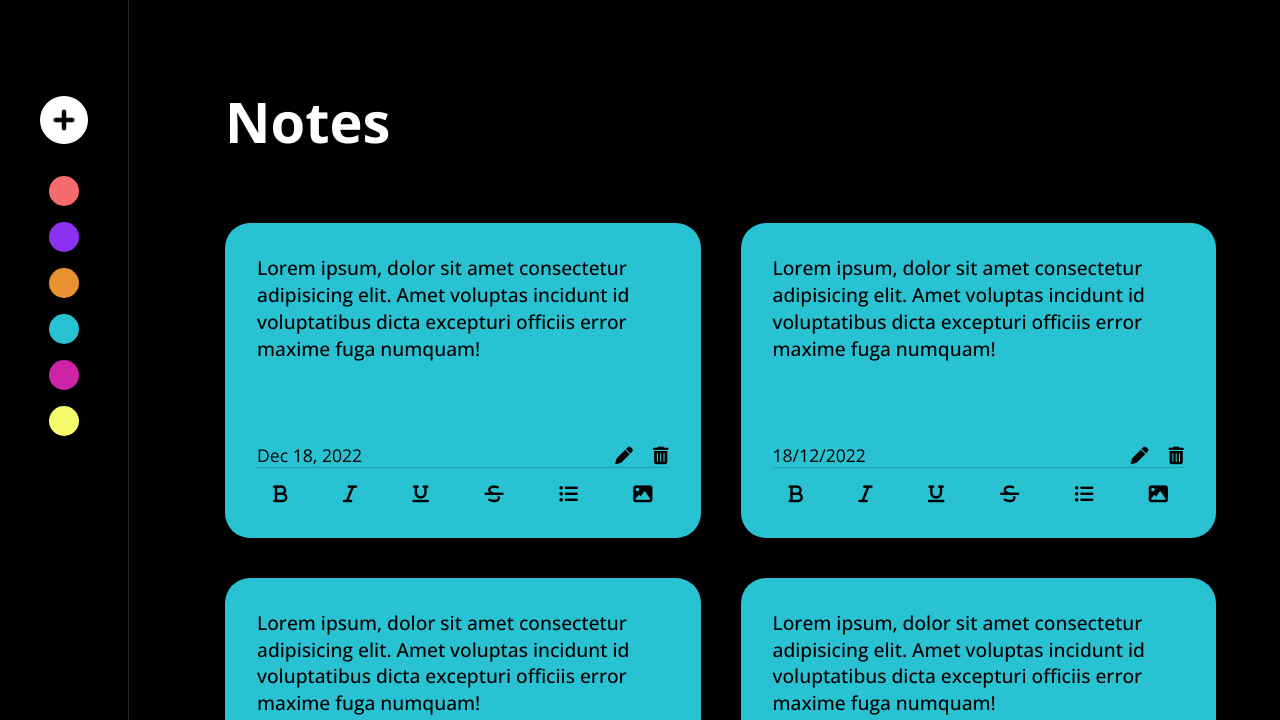
Repository: emiliaiwu/notes_app
Page: index.html
These files come from the project's save history. The page is drawn as it stood at one moment and after a run of saves; the edit follows.
The browser window is 1280 px wide. The pictures show the whole page.
An inner scrolling area shows only its first screen. Some web libraries are served in a nearby version.

Above is the page before, as saved 2022-12-19 23:38:28.

### index.html
<!DOCTYPE html>
<html lang="en">
<head>
    <meta charset="UTF-8">
    <meta http-equiv="X-UA-Compatible" content="IE=edge">
    <meta name="viewport" content="width=device-width, initial-scale=1.0">
    <script src="https://kit.fontawesome.com/fd9c36575f.js" crossorigin="anonymous"></script>
    <link rel="stylesheet" href="style.css">
    <title>Notes App</title>
</head>
<body>
    <div class="container">
        <div class="add">
            <div class="add_card"><i class="fa-solid fa-circle-plus"></i></div>
            <ul class="card_colors">
                <li class="card_color c1"></li>
                <li class="card_color c2"></li>
                <li class="card_color c3"></li>
                <li class="card_color c4"></li>
                <li class="card_color c5"></li>
                <li class="card_color c6"></li>
            </ul>
        </div>
        <div class="cards_container">
            <h1>Notes</h1>
            <div class="cards">

                <div class="card">
                    <p class="text">
                        Lorem ipsum, dolor sit amet consectetur adipisicing elit. Amet voluptas incidunt id voluptatibus dicta excepturi officiis error maxime fuga numquam!
                    </p>
                    <span class="footer close">
                        <small class="date">Dec 18, 2022</small>
                        <span>
                           <small class="edit"><i class="fa-solid fa-pen"></i></small>
                           <small class="delete"><i class="fa-solid fa-trash-can"></i></small>
                        </span>
                    </span>
                    <span class="footer open">
                        <ul class="edit_settings">
                            <li class="bold"><i class="fa-solid fa-bold"></i></li>
                            <li class="italic"><i class="fa-solid fa-italic"></i></li>
                            <li class="underline"><i class="fa-solid fa-underline"></i></li>
                            <li class="strikethrough"><i class="fa-solid fa-strikethrough"></i></li>
                            <li class="toggleBtn"><i class="fa-solid fa-list-ul"></i></li>
                            <li class="add_image"><i class="fa-solid fa-image"></i></li>
                        </ul>
                    </span>
                </div>

                <div class="card">
                    <span class="text">
                        Lorem ipsum, dolor sit amet consectetur adipisicing elit. Amet voluptas incidunt id voluptatibus dicta excepturi officiis error maxime fuga numquam!
                    </span>
                    <span class="footer close">
                        <small class="date">18/12/2022</small>
                        <span>
                           <small class="edit"><i class="fa-solid fa-pen"></i></small>
                           <small class="delete"><i class="fa-solid fa-trash-can"></i></small>
                        </span>
                    </span>
                    <span class="footer open">
                        <ul class="edit_settings">
                            <li class="bold"><i class="fa-solid fa-bold"></i></li>
                            <li class="italic"><i class="fa-solid fa-italic"></i></li>
                            <li class="underline"><i class="fa-solid fa-underline"></i></li>
                            <li class="strikethrough"><i class="fa-solid fa-strikethrough"></i></li>
                            <li class="toggleBtn"><i class="fa-solid fa-list-ul"></i></li>
                            <li class="add_image"><i class="fa-solid fa-image"></i></li>
                        </ul>
                    </span>
                </div>

                <div class="card">
                    <span class="text">
                        Lorem ipsum, dolor sit amet consectetur adipisicing elit. Amet voluptas incidunt id voluptatibus dicta excepturi officiis error maxime fuga numquam!
                    </span>
                    <span class="footer close">
                        <small class="date">18/12/2022</small>
                        <span>
                           <small class="edit"><i class="fa-solid fa-pen"></i></small>
                           <small class="delete"><i class="fa-solid fa-trash-can"></i></small>
                        </span>
                    </span>
                    <span class="footer open">
                        <ul class="edit_settings">
                            <li class="bold"><i class="fa-solid fa-bold"></i></li>
                            <li class="italic"><i class="fa-solid fa-italic"></i></li>
                            <li class="underline"><i class="fa-solid fa-underline"></i></li>
                            <li class="strikethrough"><i class="fa-solid fa-strikethrough"></i></li>
                            <li class="toggleBtn"><i class="fa-solid fa-list-ul"></i></li>
                            <li class="add_image"><i class="fa-solid fa-image"></i></li>
                        </ul>
                    </span>
                </div>

                <div class="card">
                    <span class="text">
                        Lorem ipsum, dolor sit amet consectetur adipisicing elit. Amet voluptas incidunt id voluptatibus dicta excepturi officiis error maxime fuga numquam!
                    </span>
                    <span class="footer close">
                        <small class="date">18/12/2022</small>
                        <span>
                           <small class="edit"><i class="fa-solid fa-pen"></i></small>
                           <small class="delete"><i class="fa-solid fa-trash-can"></i></small>
                        </span>
                    </span>
                    <span class="footer open">
                        <ul class="edit_settings">
                            <li class="bold"><i class="fa-solid fa-bold"></i></li>
                            <li class="italic"><i class="fa-solid fa-italic"></i></li>
                            <li class="underline"><i class="fa-solid fa-underline"></i></li>
                            <li class="strikethrough"><i class="fa-solid fa-strikethrough"></i></li>
                            <li class="toggleBtn"><i class="fa-solid fa-list-ul"></i></li>
                            <li class="add_image"><i class="fa-solid fa-image"></i></li>
                        </ul>
                    </span>
                </div>


            </div>
        </div>




    </div>

</body>
</html>

### style.css
@import url('https://fonts.googleapis.com/css2?family=Open+Sans:wght@300;400;500;700&display=swap');


* {
    margin: 0;
    padding: 0;
    box-sizing: border-box;
    list-style-type: none;

}

body {
    font-family: 'Open Sans', sans-serif;
    width: 100vw;
    height: 100vh;
    background-color: #000;
    color: #fff;

}

h1 {
    font-size: 3.5rem;
    margin-bottom: 4rem;
    color: #fff;
}

.container {
    display: flex;
    width: 100%;
    height: 100%;
    gap: 2rem;
}

.add {
    border-right: 1px solid rgba(255, 255, 255, 0.15);
    min-height: 100vh;
    display: flex;
    flex-direction: column;
    align-items: center;
    padding: 6rem 2.5rem;

}

.card_color {
    width: 30px;
    height: 30px;
    border-radius: 50%;
    margin-bottom: 1rem;

}

.fa-circle-plus {
    font-size: 3rem;
    margin-bottom: 2rem;
}

.c1 {
    background-color: #F66B6B;
}

.c2 {
    background-color: #8C33F3;
}

.c3 {
    background-color: #EA9231;
}

.c4 {
    background-color: #29C2D3;
}

.c5 {
    background-color: #CC23A7;
}

.c6 {
    background-color: #F7FC6C;
}






/* CARDS CONTAINER */

.cards_container {
    padding: 5.2rem 4rem;
    height: 100%;
    overflow-y: scroll;
    width: 100%;
    color: #000;
}

.cards {
    display: grid;
    grid-template-columns: repeat(auto-fit, minmax(19rem, 1fr));
    gap: 2.5rem;
}

.card {
    display: flex;
    flex-direction: column;
    justify-content: space-between;
    background-color: #29C2D3;
    padding: 2rem 2rem 1rem 2rem;
    border-radius: 25px;
}

.close,
.edit_settings {
    display: flex;
    justify-content: space-between;

}

.text {
    margin-bottom: 5rem;
    font-size: 1.2rem;
    font-weight: 500;
    line-height: 1.4;
}

small {
    font-size: 1.1rem;
}

.fa-trash-can {
    margin-left: 1rem;
}


.edit_settings {
    border-top: 1px solid rgba(0, 0, 0, 0.178);;
    width: 100%;
    padding: 1rem;
}

ul li i {
    font-size: 1.2rem;
}


/* OPEN AND CLOSE FUNCTIONALITY */

After the next 3 saves:
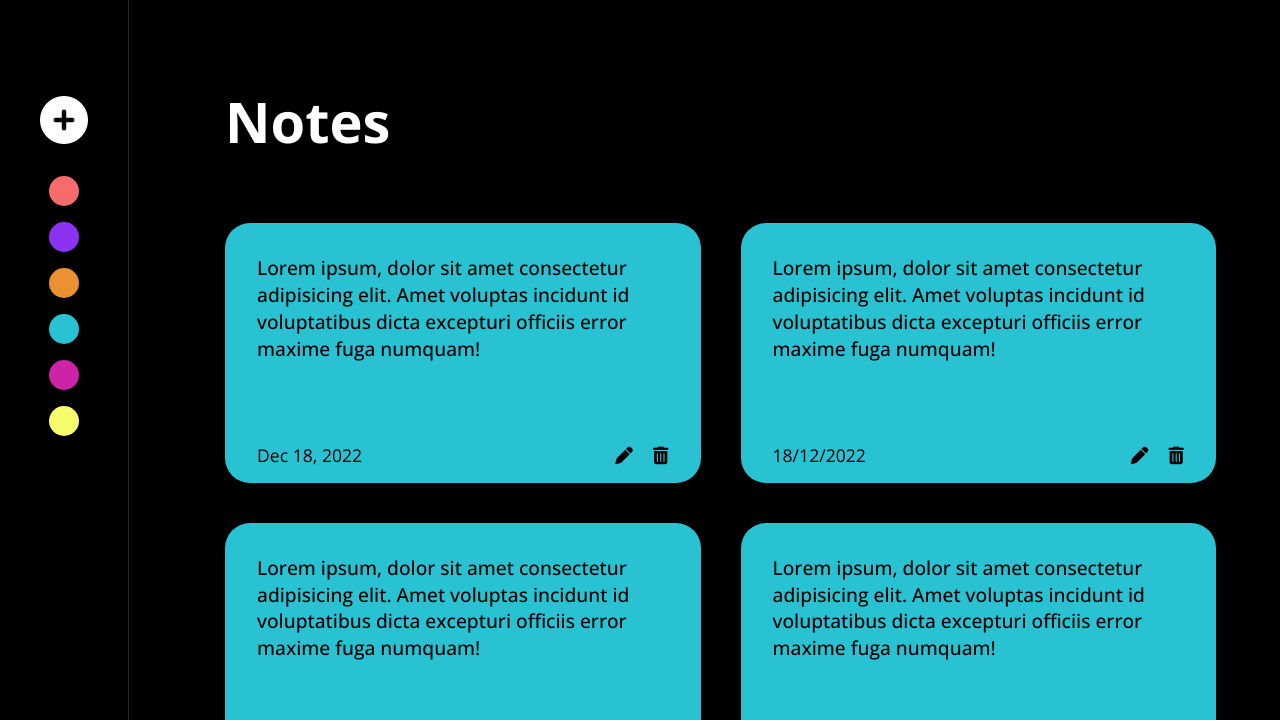
The 3 saves are shown as one change because they came seconds apart.
The last was saved 35 s later.
--- a/style.css
+++ b/style.css
@@ -143,3 +143,7 @@ ul li i {
 
 
 /* OPEN AND CLOSE FUNCTIONALITY */
+
+.open {
+    display: none;
+}
